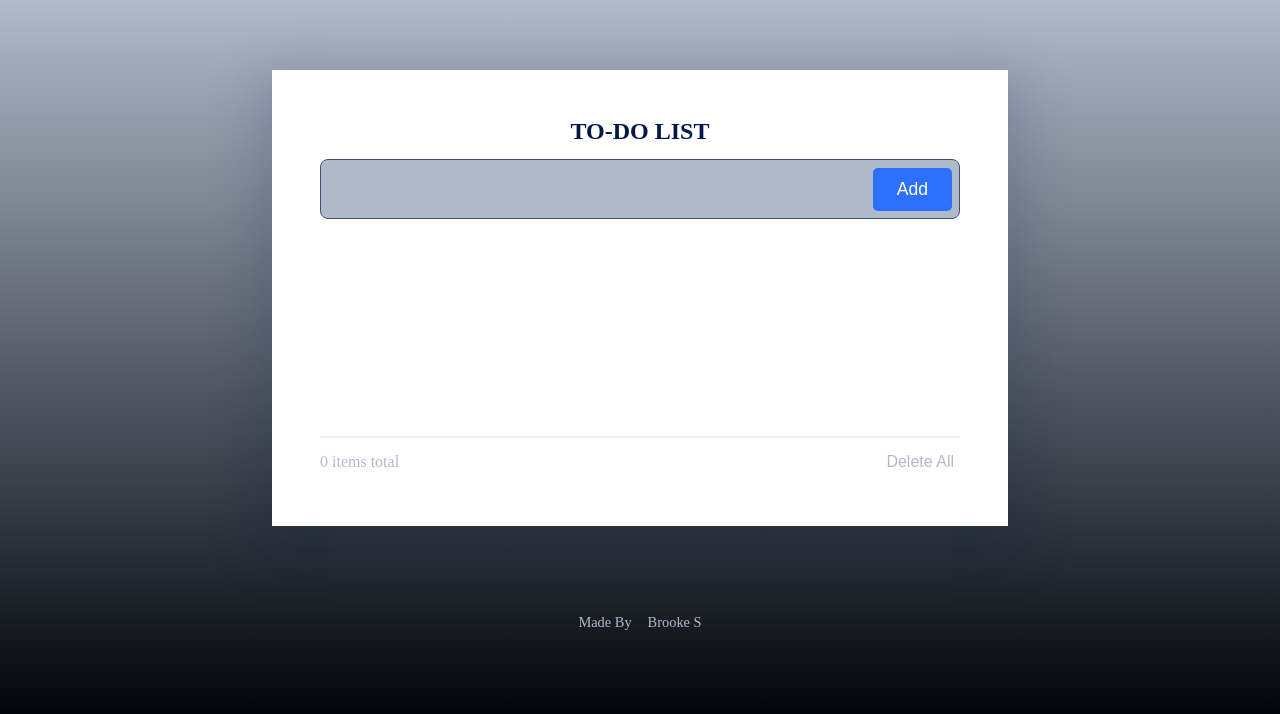
Repository: Bsharpenski/mini-movi-list
Page: workshop/fund3/index.html
These files come from the project's save history. The page is drawn as it stood at one moment and after the next save; the edit follows.
The browser window is 1280 px wide. The pictures show the whole page.

Above is the page before, as saved 2025-02-04 23:16:02.

After the next save:
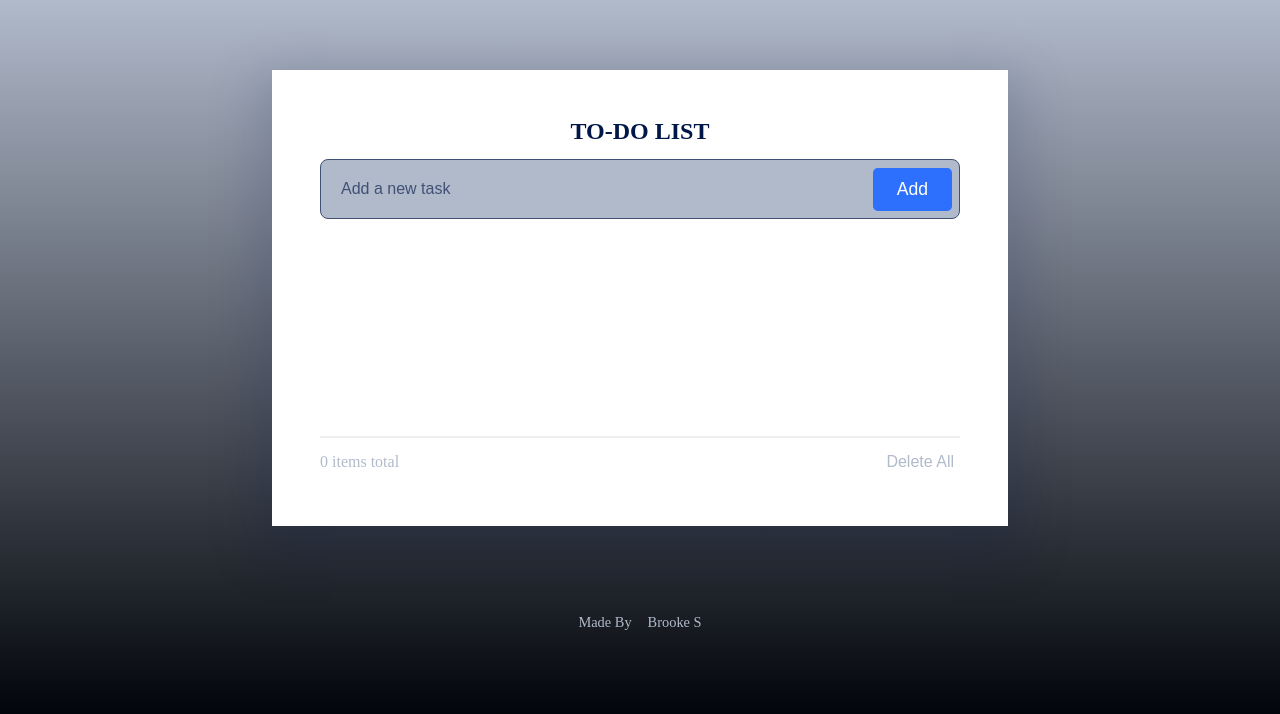
Saved 25 s later.
--- a/workshop/fund3/style.css
+++ b/workshop/fund3/style.css
@@ -83,7 +83,7 @@ h2 {
 }
 
 input[type="text"]::placeholder{
-    color: var(--grey);
+    color: var(--grey-dark);
 }
 
 .todo-container{
